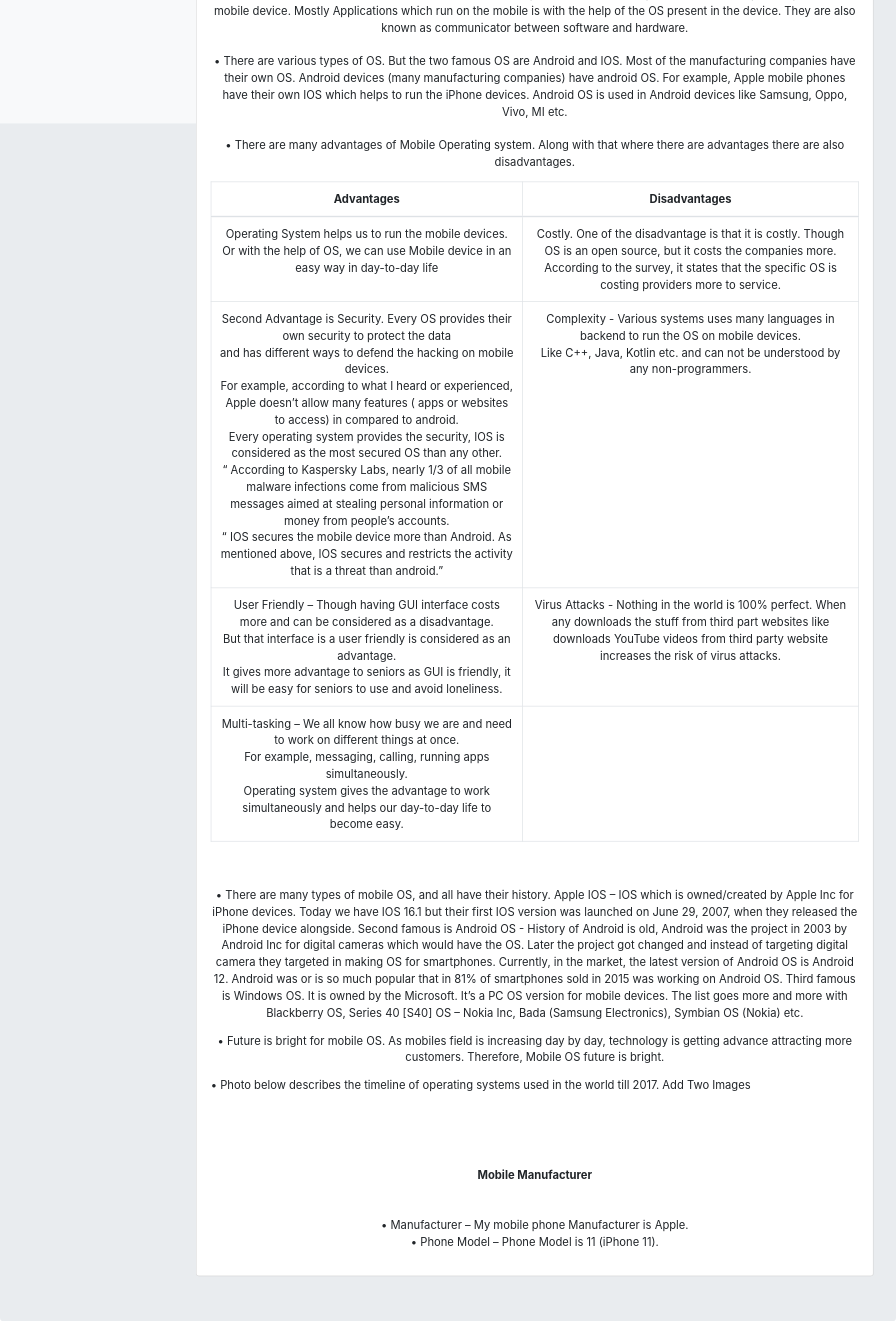
Repository: devanshudave1901/Mobile-Dev-Website
Page: labs.html
An editor plug-in stored every save of this project. The page is shown before and after a run of saves, followed by the edit.
The browser window is 1280 px wide. The pictures show the part of the page from y = 765 to 2685 px (the page is 2685 px tall before and 2665 px after), at 70% of full size.
Some web libraries are served in a nearby version.

Above is the page before, as saved 2022-10-05 18:54:56.

After the next 2 saves:
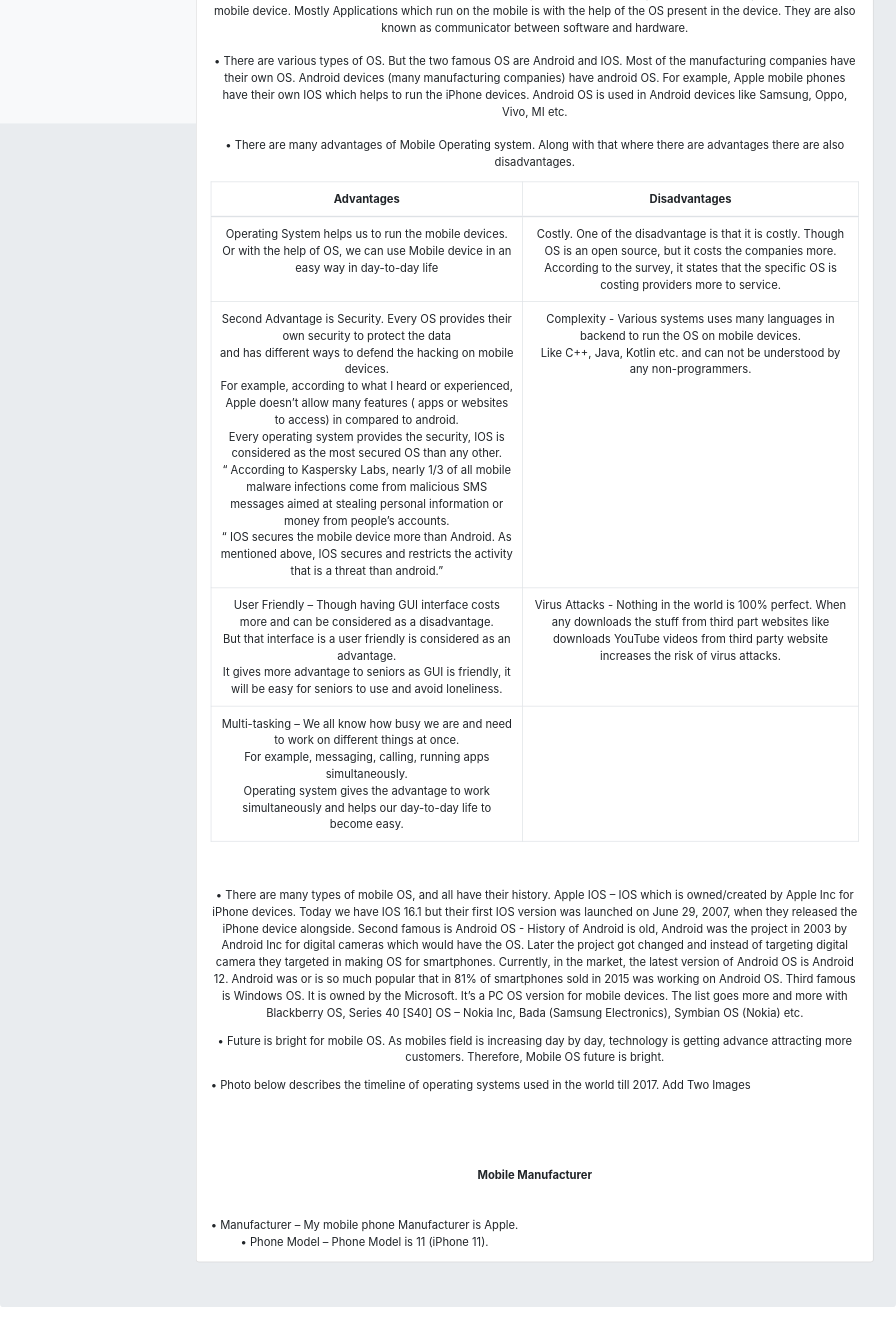
The 2 saves are shown as one change because they came seconds apart.
The last was saved 19 s later.
--- a/labs.html
+++ b/labs.html
@@ -262,7 +262,7 @@
                     <br/>
                     <br/>
                     <br/>
-                    <p> •	Manufacturer – My mobile phone Manufacturer is Apple.<br/>
+                    <p style="float: left"> •	Manufacturer – My mobile phone Manufacturer is Apple.<br/>
                         •	Phone Model – Phone Model is 11 (iPhone 11).
                     </p>
               </div>

After the save that followed:
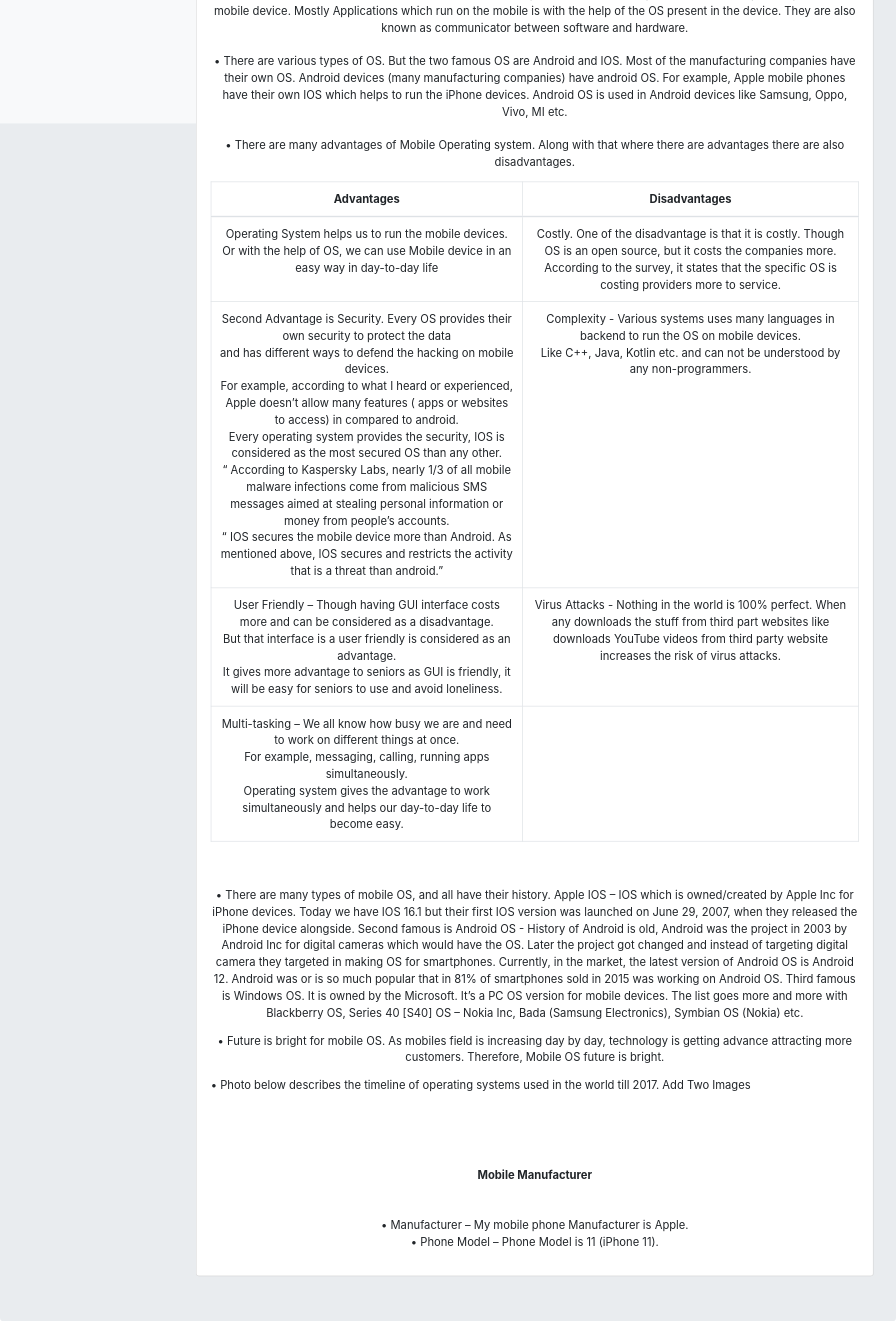
Saved 13 s later.
--- a/labs.html
+++ b/labs.html
@@ -262,7 +262,7 @@
                     <br/>
                     <br/>
                     <br/>
-                    <p style="float: left"> •	Manufacturer – My mobile phone Manufacturer is Apple.<br/>
+                    <p style="float: center"> •	Manufacturer – My mobile phone Manufacturer is Apple.<br/>
                         •	Phone Model – Phone Model is 11 (iPhone 11).
                     </p>
               </div>
